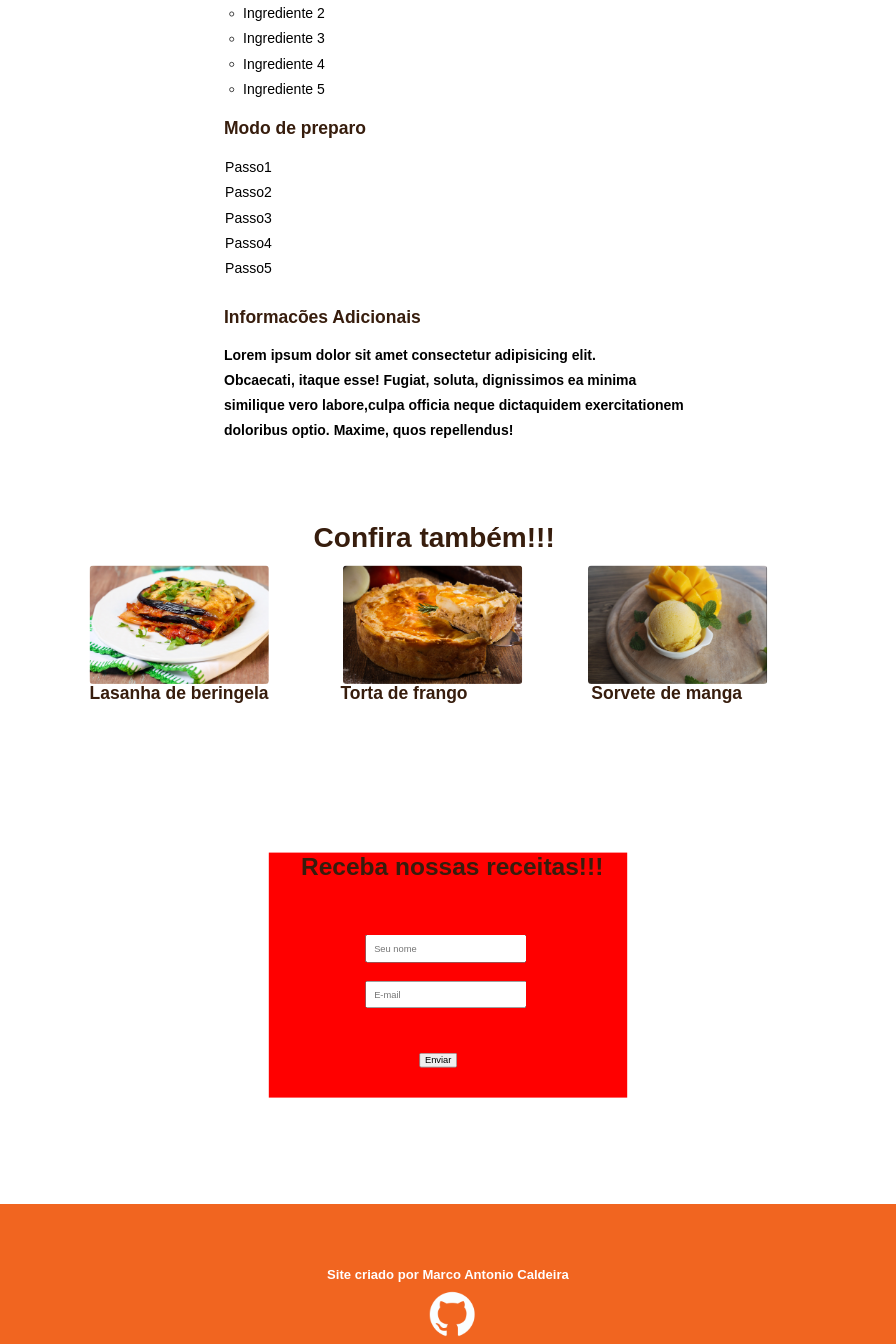
Repository: MarcoantonioCaldeira/Aprendizados-e-Conhecimentos
Page: Receitas da Casa/index.html
These files come from the project's save history. The page is drawn as it stood at one moment and after the next save; the edit follows.
The browser window is 1280 px wide. The pictures show the part of the page from y = 860 to 2780 px (the page is 2780 px tall), at 70% of full size.

Above is the page before, as saved 2022-05-31 15:48:17.

After the next save:
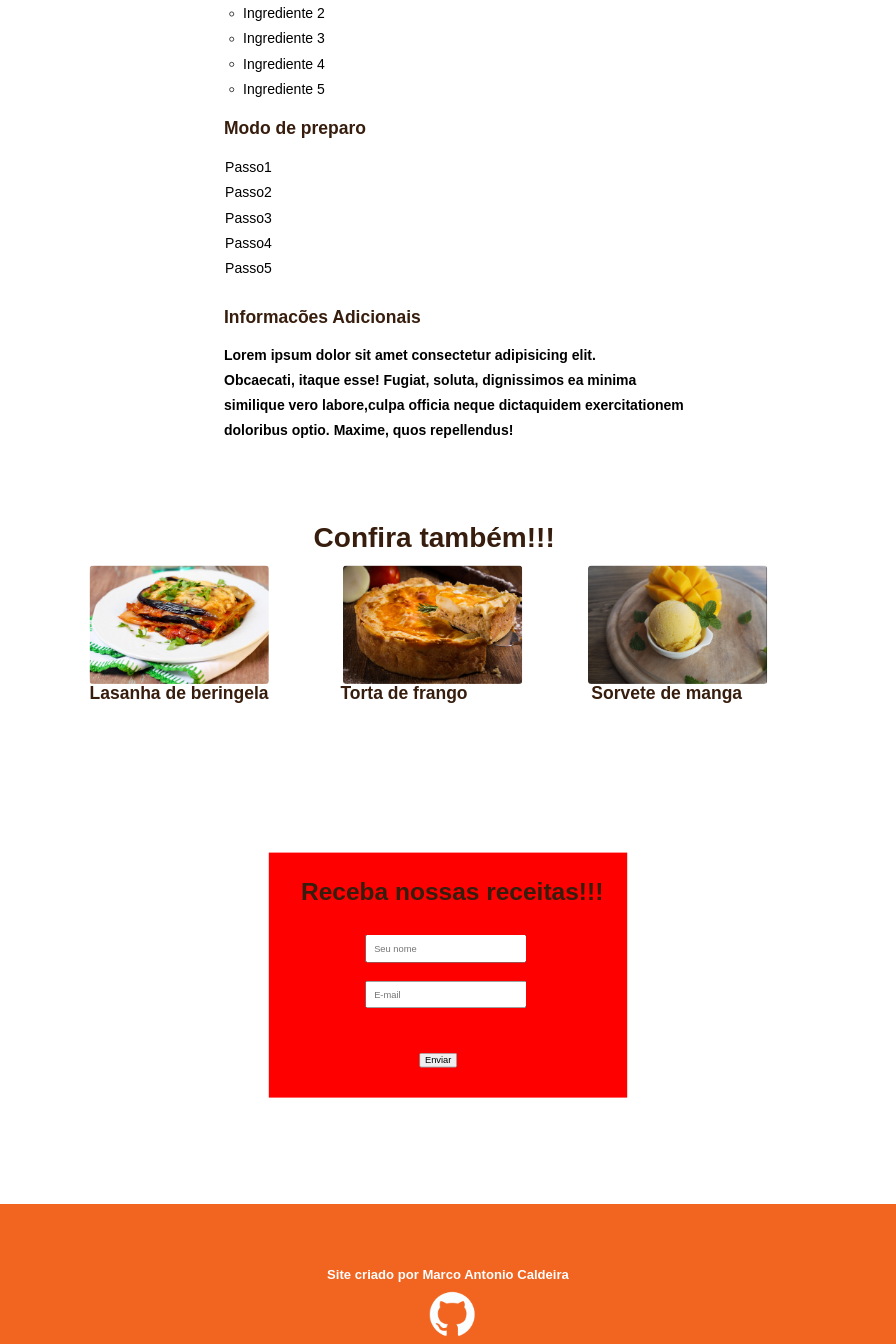
Saved 11 s later.
--- a/Receitas da Casa/css/fonts.css
+++ b/Receitas da Casa/css/fonts.css
@@ -130,6 +130,7 @@ h1{
   position: relative;
   font-size: 35px;
   left:46px;
+  top:10%;
   font-family: arial;
   display:inline-block;
   color:rgb(55, 29, 13);
